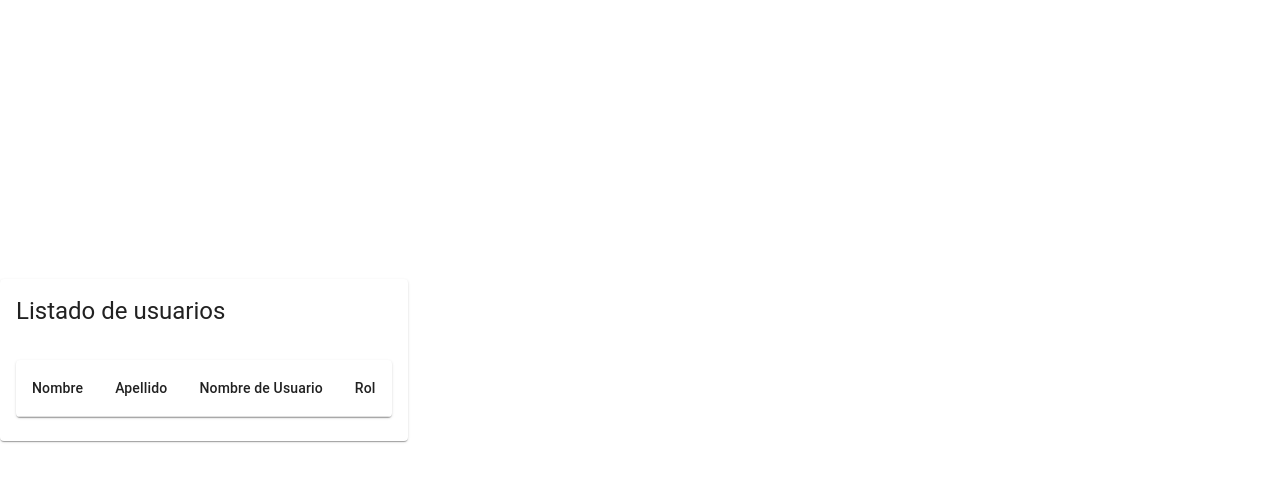
Repository: Mpablom/usuarioCaC-integrador-final-front
Page: /usuarios
These files come from the project's save history. The page is drawn as it stood at one moment and after a run of saves; the edit follows.
The browser window is 1280 px wide. The pictures show the whole page.
The page's requests for data from a server got no answer. The project was rebuilt for these pictures with package versions that can differ from the ones it lists, and the page was loaded fresh each time. No one was signed in, and anything a server would have sent is missing. Also part of the build but not shown: vite.config.ts, src/components/Login.tsx.

Above is the page before, as saved 2024-07-10 23:24:12.

### src/App.tsx
// App.tsx (o donde configures tus rutas)
import React from 'react';
import {
  BrowserRouter as Router,
  Route,
  Routes,
  Navigate,
} from 'react-router-dom';
import Login from './components/Login'; // Componente de inicio de sesión
import UsuariosTable from './components/UsuariosTable'; // Componente de la tabla de usuarios

const App: React.FC = () => {
  return (
    <Router>
      <Routes>
        <Route path="/login" element={<Login />} />
        <Route path="/usuarios" element={<UsuariosTable />} />
        <Route path="/" element={<Navigate to="/login" />} />
      </Routes>
    </Router>
  );
};

export default App;

### src/index.css
:root {
  font-family: Inter, system-ui, Avenir, Helvetica, Arial, sans-serif;
  line-height: 1.5;
  font-weight: 400;

  color-scheme: light dark;
  color: rgba(255, 255, 255, 0.87);
  background-color: #ffffff;

  font-synthesis: none;
  text-rendering: optimizeLegibility;
  -webkit-font-smoothing: antialiased;
  -moz-osx-font-smoothing: grayscale;
}

a {
  font-weight: 500;
  color: #646cff;
  text-decoration: inherit;
}
a:hover {
  color: #535bf2;
}

body {
  margin: 0;
  display: flex;
  place-items: center;
  min-width: 320px;
  min-height: 100vh;
}

h1 {
  font-size: 3.2em;
  line-height: 1.1;
  color: #1a1a1a;
}

button {
  border-radius: 8px;
  border: 1px solid transparent;
  padding: 0.6em 1.2em;
  font-size: 1em;
  font-weight: 500;
  font-family: inherit;
  background-color: #1a1a1a;
  cursor: pointer;
  transition: border-color 0.25s;
}
button:hover {
  border-color: #646cff;
}
button:focus,
button:focus-visible {
  outline: 4px auto -webkit-focus-ring-color;
}

@media (prefers-color-scheme: light) {
  :root {
    color: #213547;
    background-color: #ffffff;
  }
  a:hover {
    color: #747bff;
  }
  button {
    background-color: #f9f9f9;
  }
}

### src/components/UsuariosTable.tsx
import React, { useEffect, useState } from "react";
import {
  TableContainer,
  Table,
  TableHead,
  TableBody,
  TableRow,
  TableCell,
  Paper,
  Card,
  CardHeader,
  CardContent,
} from "@mui/material";
import { Usuario } from "../models/UsuarioModel";
import { getUsuarios } from "../axios/UsuarioApi";

const UsuariosTable: React.FC = () => {
  const [usuarios, setUsuarios] = useState<Usuario[]>([]);

  useEffect(() => {
    const fetchUsuarios = async () => {
      try {
        const usuariosData = await getUsuarios();
        setUsuarios(usuariosData);
      } catch (error) {
        console.error("Error fetching usuarios:", error);
      }
    };

    fetchUsuarios();
  }, []);

  return (
    <Card sx={{ maxWidth: 700, margin: "auto" }}>
      <CardHeader title="Listado de usuarios" />
      <CardContent>
        <TableContainer component={Paper}>
          <Table>
            <TableHead>
              <TableRow>
                <TableCell>Nombre</TableCell>
                <TableCell>Apellido</TableCell>
                <TableCell>Nombre de Usuario</TableCell>
                <TableCell>Rol</TableCell>
              </TableRow>
            </TableHead>
            <TableBody>
              {usuarios.map((usuario) => (
                <TableRow key={usuario.id}>
                  <TableCell>{usuario.nombre}</TableCell>
                  <TableCell>{usuario.apellido}</TableCell>
                  <TableCell>{usuario.username}</TableCell>
                  <TableCell>{usuario.rol}</TableCell>
                </TableRow>
              ))}
            </TableBody>
          </Table>
        </TableContainer>
      </CardContent>
    </Card>
  );
};

export default UsuariosTable;

### src/axios/UsuarioApi.ts
import api from './Api';
import { Usuario, UsuarioLogin } from '../models/UsuarioModel';

export const getUsuarios = async (): Promise<Usuario[]> => {
  const response = await api.get('/usuarios');
  return response.data;
};

export const getUsuarioById = async (id: number): Promise<Usuario> => {
  const response = await api.get(`/usuarios/${id}`);
  return response.data;
};

export const createUsuario = async (usuario: Usuario): Promise<void> => {
  const response = await api.post('/usuarios', usuario);
  return response.data;
};

export const updateUsuario = async (id: number, usuario: Usuario): Promise<void> => {
  const response = await api.put(`/usuarios/${id}`, usuario);
  return response.data;
};

export const deleteUsuario = async (id: number): Promise<void> => {
  const response = await api.delete(`/usuarios/${id}`);
  return response.data;
};

export const restoreUsuario = async (id: number): Promise<void> => {
  const response = await api.patch(`/usuarios/${id}`);
  return response.data;
};
export const login = async (usuarioLogin: UsuarioLogin): Promise<Usuario> => {
    try {
        const response = await api.post(`/usuarios/login`, usuarioLogin);
        return response.data as Usuario; // Asegúrate de que response.data sea del tipo Usuario
    } catch (error) {
        if (error instanceof Error) {
            throw new Error(`Error al iniciar sesión: ${error.message}`);
        } else {
            throw new Error(`Error al iniciar sesión: Error desconocido`);
        }
    }
  }

### src/axios/api.ts
import axios from 'axios';

const api = axios.create({
  baseURL: 'http://localhost:8080',
  headers: {
    'Content-Type': 'application/json',
  },
});

export default api;

Loaded but not shown: index.html (common file); src/main.tsx (common file)

After the next 3 saves:
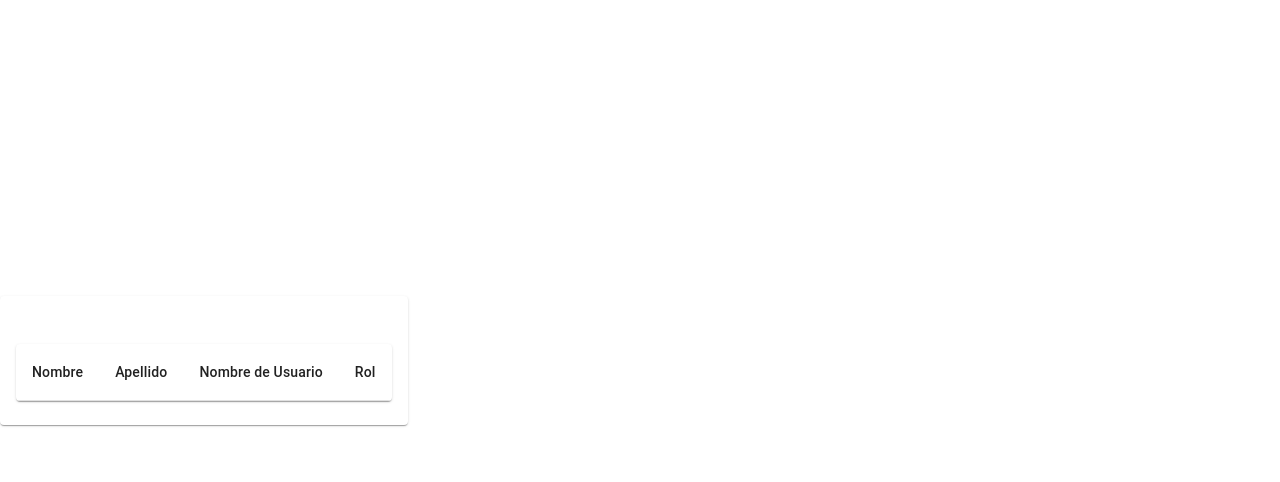
The 3 saves are shown as one change because 2 did not build or start.
The last was saved 4 min 57 s later.
--- a/src/components/UsuariosTable.tsx
+++ b/src/components/UsuariosTable.tsx
@@ -10,6 +10,7 @@ import {
   Card,
   CardHeader,
   CardContent,
+  Typography,
 } from "@mui/material";
 import { Usuario } from "../models/UsuarioModel";
 import { getUsuarios } from "../axios/UsuarioApi";
@@ -32,7 +33,9 @@ const UsuariosTable: React.FC = () => {
 
   return (
     <Card sx={{ maxWidth: 700, margin: "auto" }}>
-      <CardHeader title="Listado de usuarios" />
+      <CardHeader >
+        <Typography variant="h5">Lista de usuarios</Typography>
+      </CardHeader>
       <CardContent>
         <TableContainer component={Paper}>
           <Table>
